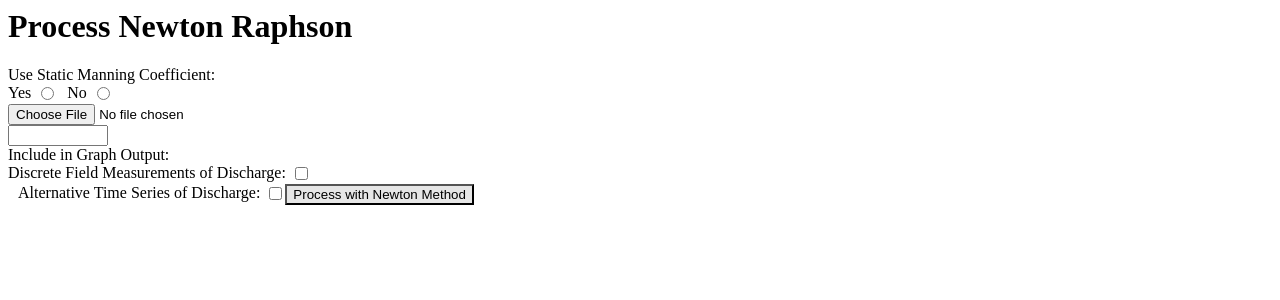
Repository: shape87/FloodAnalysis
Page: FloodAnalysis27/Web/templates/process.html
The author's editor kept a copy of each file at every save. The page is drawn from the files as they stood at one save, then again after the next save.
The browser window is 1280 px wide. The pictures show the whole page.

Above is the page before, as saved 2017-01-23 15:35:29.

### FloodAnalysis27/Web/templates/process.html
<h1>Process Newton Raphson</h1>
<form id="process_newton" method="post" >
	<div class="form-group">
		  <label>Use Static Manning Coefficient:</label><br />
		  <div style="height: 20px">
		  <label style="float:left; margin-right: 5px">Yes</label>
		  <input style="float:left" type="radio" name="manning" class="manning_radio" id="static_manning" />

		  <label style="float:left; margin-left: 10px; margin-right: 5px">No</label>
		  <input style="float:left" type="radio" name="manning" class="manning_radio" id="table_manning" />
		  </div>
	 </div>

	 <div id="table_calc">
	 	<div class="form-group">
		  <input id="manning_file" type="file" name="manning_file" />
	 	</div>
	 </div>

	 <div id="static_calc">
	 	<div class="form-group">
		  <input style="width: 100px" type="text" class="form-control"
		  id="manning_coef" name="manning_coef" />
		</div>
	 </div>

	 <div class="form-group">
		  <label>Include in Graph Output:</label><br />
		  <div style="height: 10px">
			  <label style="float:left; margin-right: 5px">Discrete Field Measurements of Discharge:</label>
			  <input style="float:left" type="checkbox" name="manning" class="manning_radio" id="discrete_output" />
		  </div>
		  <div style="margin-top: 10px">
			  <label style="float:left; margin-left: 10px; margin-right: 5px">Alternative Time Series of Discharge:</label>
			  <input style="float:left" type="checkbox" name="manning" class="manning_radio" id="alt_output" />
		  </div>
	 </div>

	<div class="form-group">
		<input style="background-color: #e6e6e6" type="submit"
		class="btn btn-default" value="Process with Newton Method" />
	</div>
</form>
<div class="form-group">
		<a style="display:none" id="flow_table_download" href="/download_flow_table"><button id="flow_table_download" style="background-color: #e6e6e6"
		class="btn btn-default" >Download Flow Table</button></a>
</div>

After the next save:
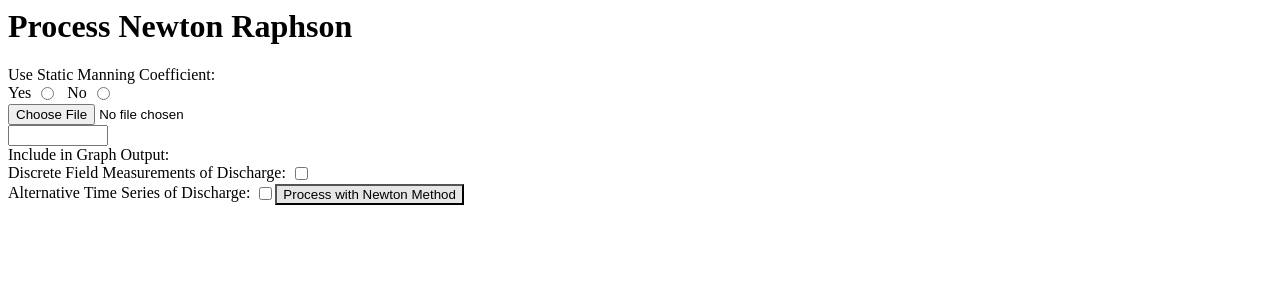
Saved 71 s later.
--- a/FloodAnalysis27/Web/templates/process.html
+++ b/FloodAnalysis27/Web/templates/process.html
@@ -31,7 +31,7 @@
 			  <input style="float:left" type="checkbox" name="manning" class="manning_radio" id="discrete_output" />
 		  </div>
 		  <div style="margin-top: 10px">
-			  <label style="float:left; margin-left: 10px; margin-right: 5px">Alternative Time Series of Discharge:</label>
+			  <label style="float:left; margin-right: 5px">Alternative Time Series of Discharge:</label>
 			  <input style="float:left" type="checkbox" name="manning" class="manning_radio" id="alt_output" />
 		  </div>
 	 </div>
